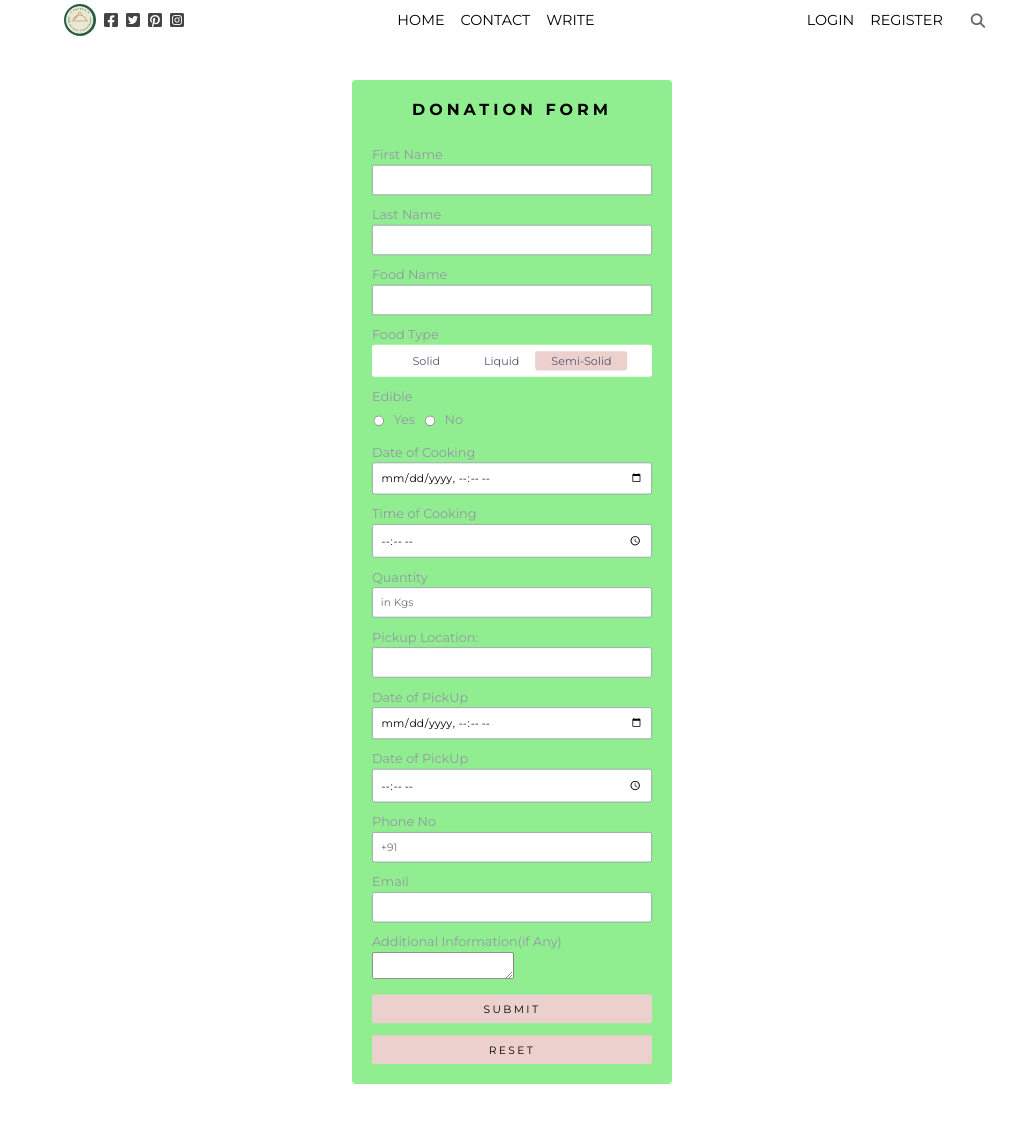
Repository: blsnabrhm/anna-daan
Page: /Contact (app in client/)
An editor plug-in stored every save of this project. The page is shown before and after the next save, followed by the edit.
The browser window is 1280 px wide. The pictures show the whole page, at 80% of full size.
Some web libraries are served in a nearby version. The project was rebuilt for these pictures with package versions that can differ from the ones it lists, and the page was loaded fresh each time. Also part of the build but not shown: client/src/components/header/header.css, client/src/components/header/Header.jsx, client/src/components/posts/posts.css, client/src/components/posts/Posts.jsx, client/src/components/sidebar/sidebar.css, client/src/components/sidebar/SideBar.jsx, client/src/pages/home/home.css, client/src/pages/home/Home.jsx and 13 more. Imported but missing from the stored project, and not drawn on this page: client/src/components/post/Post.

Above is the page before, as saved 2022-04-22 09:29:09.

After the next save:
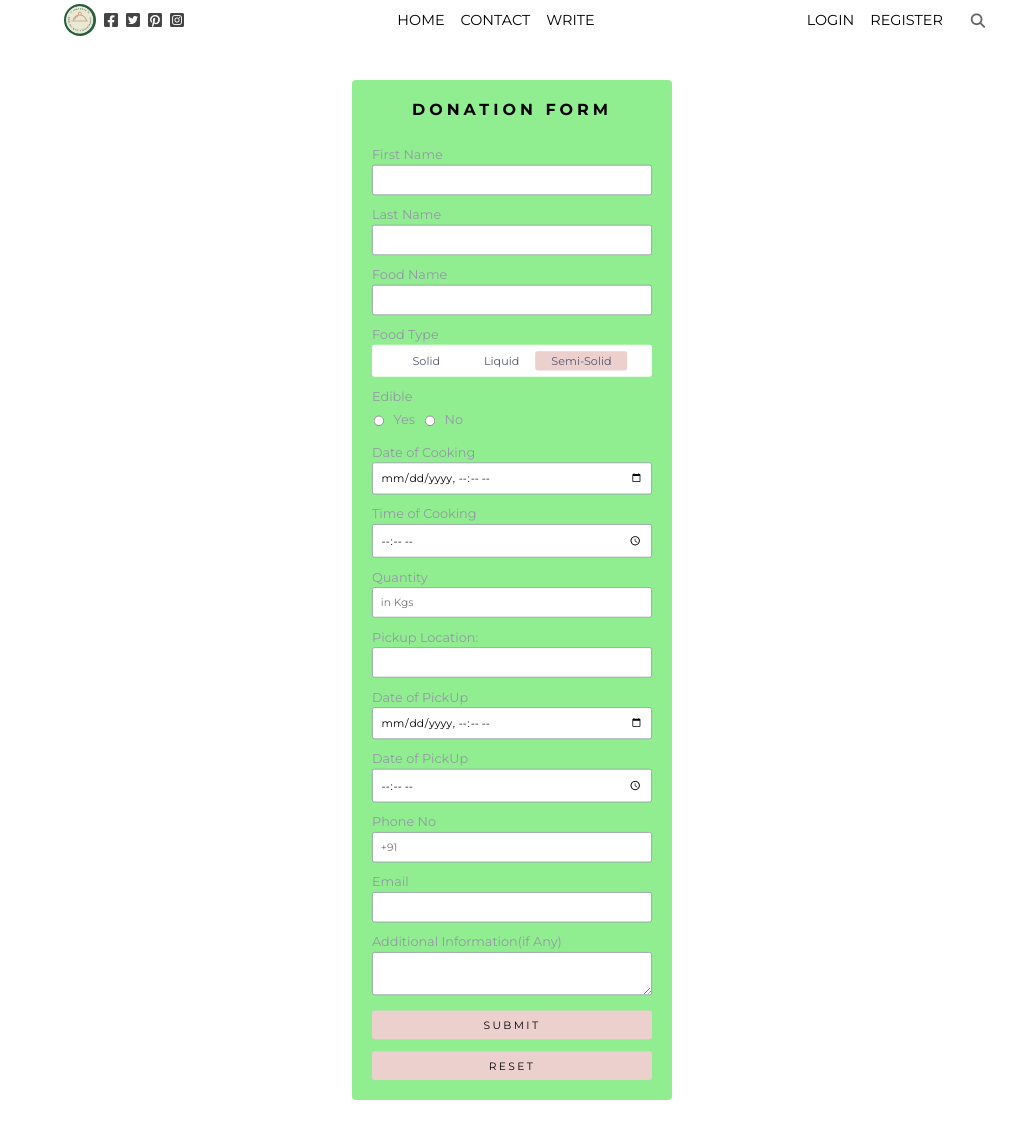
Saved 11 min 50 s later.
--- a/client/src/pages/contact/contact.css
+++ b/client/src/pages/contact/contact.css
@@ -76,7 +76,7 @@
 	outline: none;
 }
 
-.form_wrap > textarea {
+.form_wrap textarea {
     width: 100%;
 	border-radius: 3px;
 	border: 1px solid #9597a6;
